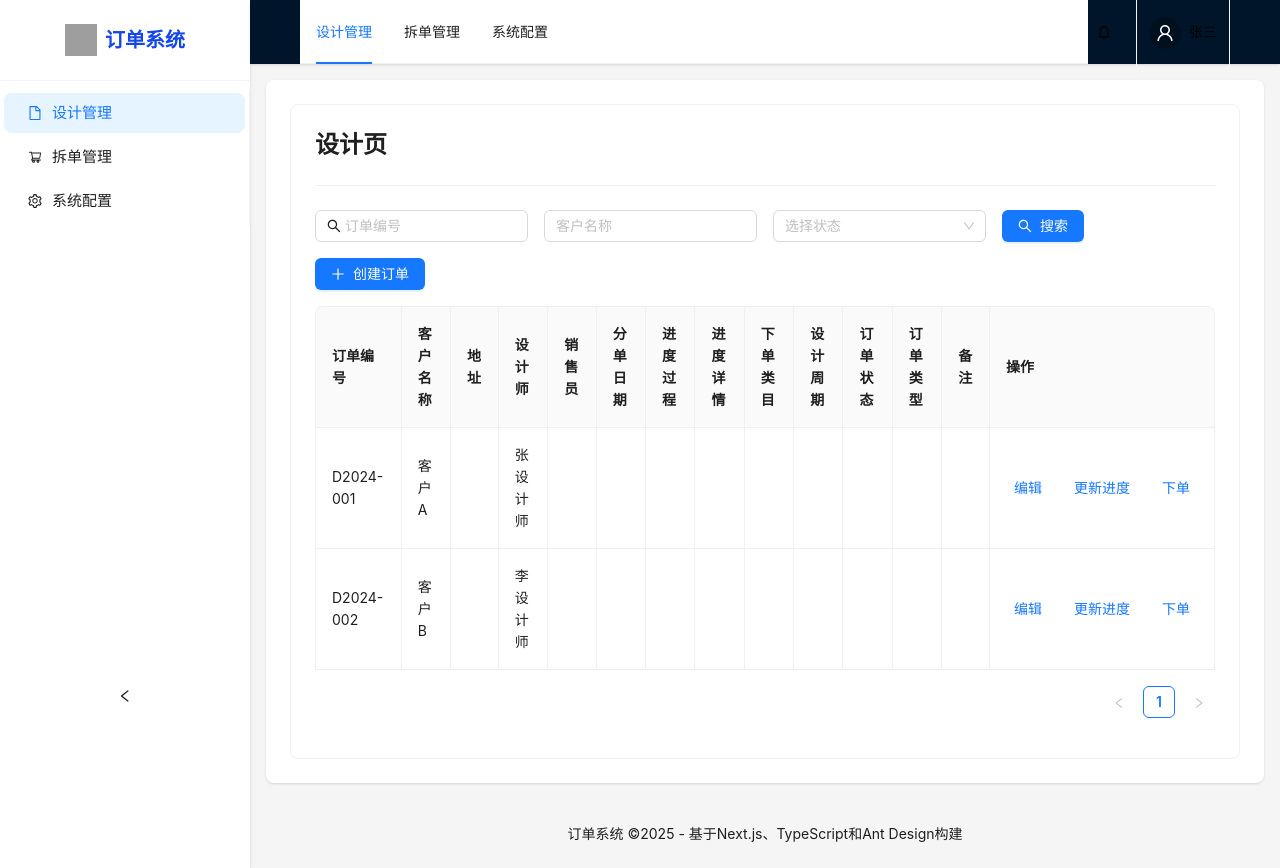
Repository: Garyxiwang/order_system
Page: /design (app in front/)
An editor plug-in stored every save of this project. The page is shown before and after the next save, followed by the edit.
The browser window is 1280 px wide. The pictures show the whole page.
Pictures or frames that could not be fetched are drawn as grey boxes. The project was rebuilt for these pictures with package versions that can differ from the ones it lists, and the page was loaded fresh each time. The framework's server and built-in components were replaced by stand-ins that run in the browser. Also part of the build but not shown: front/next.config.js, front/next.config.ts.

Above is the page before, as saved 2025-08-04 14:24:40.

After the next save:
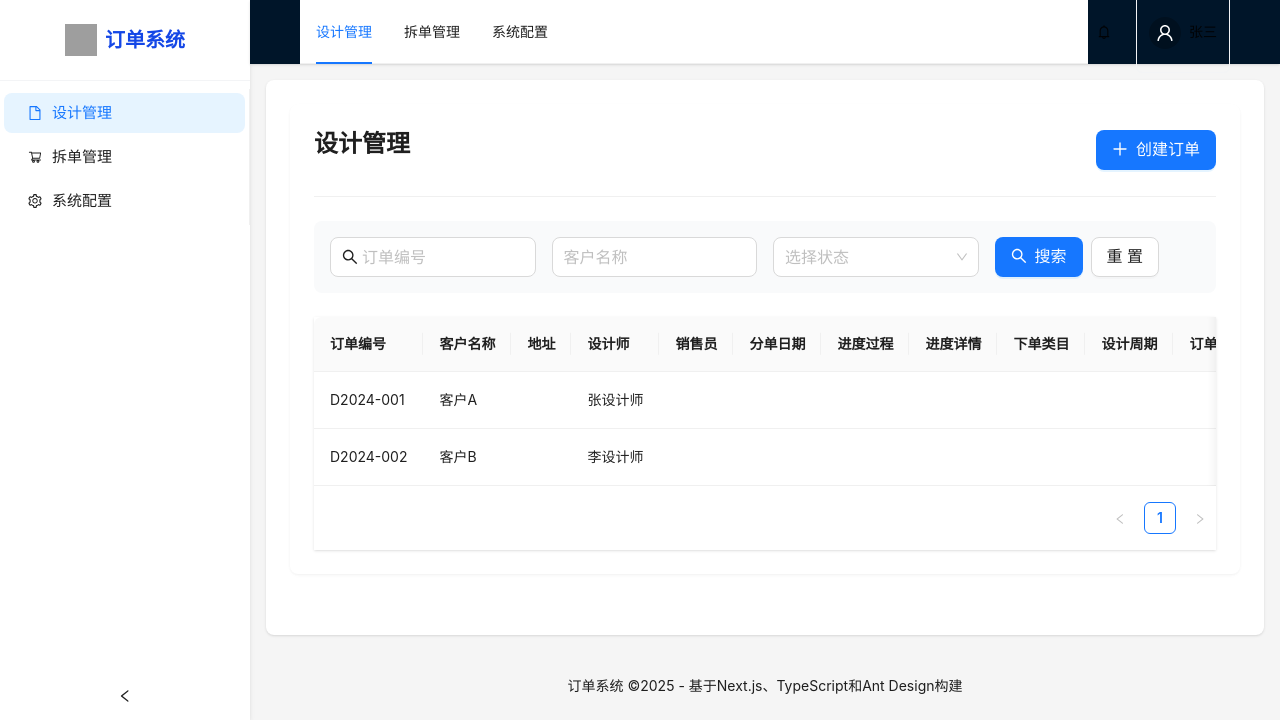
Saved 19 s later.
--- a/front/src/app/design/page.tsx
+++ b/front/src/app/design/page.tsx
@@ -149,52 +149,71 @@ const DesignPage: React.FC = () => {
     <div>
       <Row gutter={[16, 16]}>
         <Col span={24}>
-          <Card>
-            <Title level={3}>设计页</Title>
-            <Divider />
+          <Card bordered={false} className="shadow-none">
+            <div className="flex justify-between items-center mb-4">
+              <Title level={3} className="m-0 text-blue-700">设计管理</Title>
+              <Button type="primary" icon={<PlusOutlined />} size="large" className="bg-blue-600 hover:bg-blue-700">
+                创建订单
+              </Button>
+            </div>
+            <Divider className="my-4" />
 
             <div>
               {/* 搜索和过滤区域 */}
-              <div className="mb-4">
+              <div className="mb-6 bg-gray-50 p-4 rounded-lg">
                 <Row gutter={16} align="middle">
                   <Col span={6}>
-                    <Input placeholder="订单编号" prefix={<SearchOutlined />} />
-                  </Col>
-                  <Col span={6}>
-                    <Input placeholder="客户名称" />
-                  </Col>
-                  <Col span={6}>
-                    <Select placeholder="选择状态" style={{ width: "100%" }}>
+                    <Input
+                      placeholder="订单编号"
+                      prefix={<SearchOutlined className="text-gray-400" />}
+                      className="rounded-md border-gray-200"
+                      size="large"
+                    />
+                  </Col>
+                  <Col span={6}>
+                    <Input
+                      placeholder="客户名称"
+                      className="rounded-md border-gray-200"
+                      size="large"
+                    />
+                  </Col>
+                  <Col span={6}>
+                    <Select
+                      placeholder="选择状态"
+                      style={{ width: "100%" }}
+                      className="rounded-md"
+                      size="large"
+                    >
                       <Option value="all">全部状态</Option>
                       <Option value="inProgress">进行中</Option>
                       <Option value="completed">已完成</Option>
                     </Select>
                   </Col>
                   <Col span={6}>
-                    <Button type="primary" icon={<SearchOutlined />}>
-                      搜索
-                    </Button>
-                    {/* <Button style={{ marginLeft: 8 }}>重置</Button> */}
+                    <Space>
+                      <Button
+                        type="primary"
+                        icon={<SearchOutlined />}
+                        size="large"
+                        className="bg-blue-600 hover:bg-blue-700"
+                      >
+                        搜索
+                      </Button>
+                      <Button size="large">重置</Button>
+                    </Space>
                   </Col>
                 </Row>
-              </div>
-
-              {/* 操作按钮区域 */}
-              <div className="mb-4">
-                <Button type="primary" icon={<PlusOutlined />}>
-                  创建订单
-                </Button>
-                {/* <Button icon={<FileOutlined />} style={{ marginLeft: 8 }}>
-                  导出
-                </Button> */}
               </div>
 
               {/* 表格区域 */}
               <Table
                 columns={columns}
                 dataSource={designData}
-                bordered
+                bordered={false}
                 pagination={{ pageSize: 10 }}
+                className="shadow-sm"
+                rowClassName="hover:bg-blue-50"
+                scroll={{ x: 'max-content' }}
               />
             </div>
           </Card>
